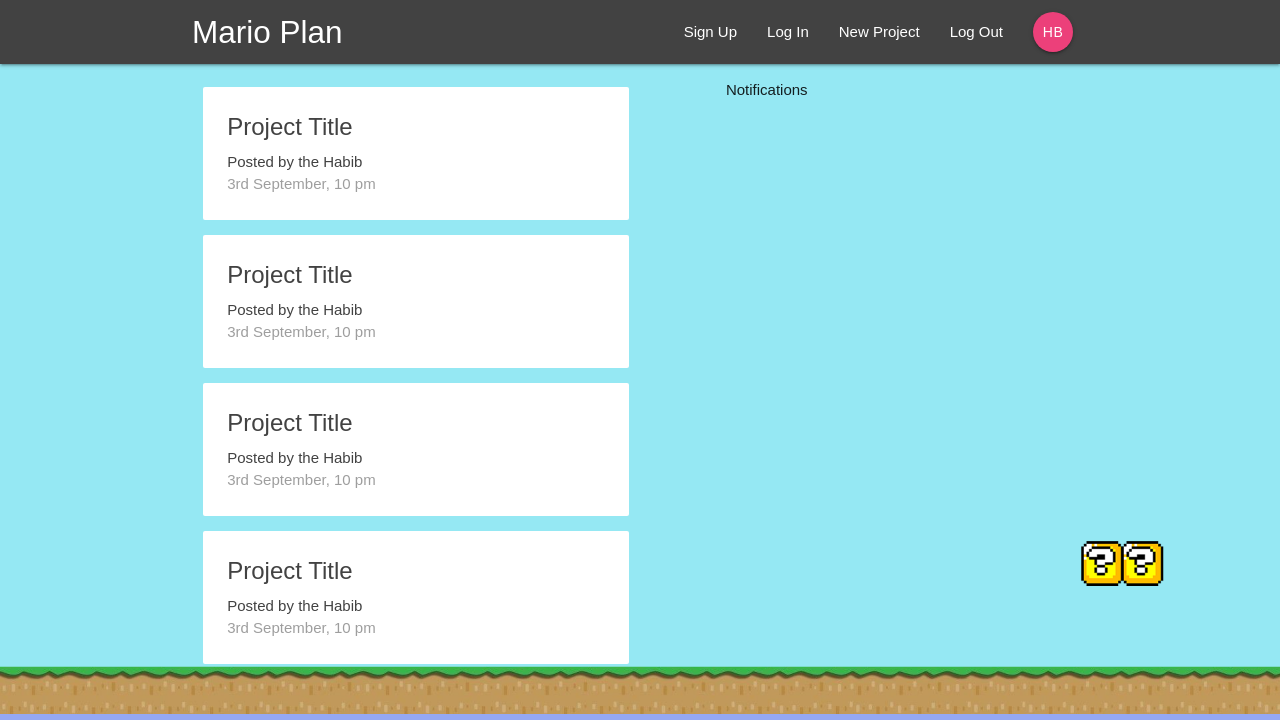
Repository: habiburrehman012/React-marioplan
Page: /
The author's editor kept a copy of each file at every save. The page is drawn from the files as they stood at one save, then again after the next save.
The browser window is 1280 px wide. The pictures show the whole page.
The project was rebuilt for these pictures with package versions that can differ from the ones it lists, and the page was loaded fresh each time. Also part of the build but not shown: src/components/projects/ProjectDetail.js, src/components/auth/SignIn.js, src/components/auth/SignUp.js, src/components/projects/CreateProject.js.

Above is the page before, as saved 2020-03-28 12:52:43.

After the next save:
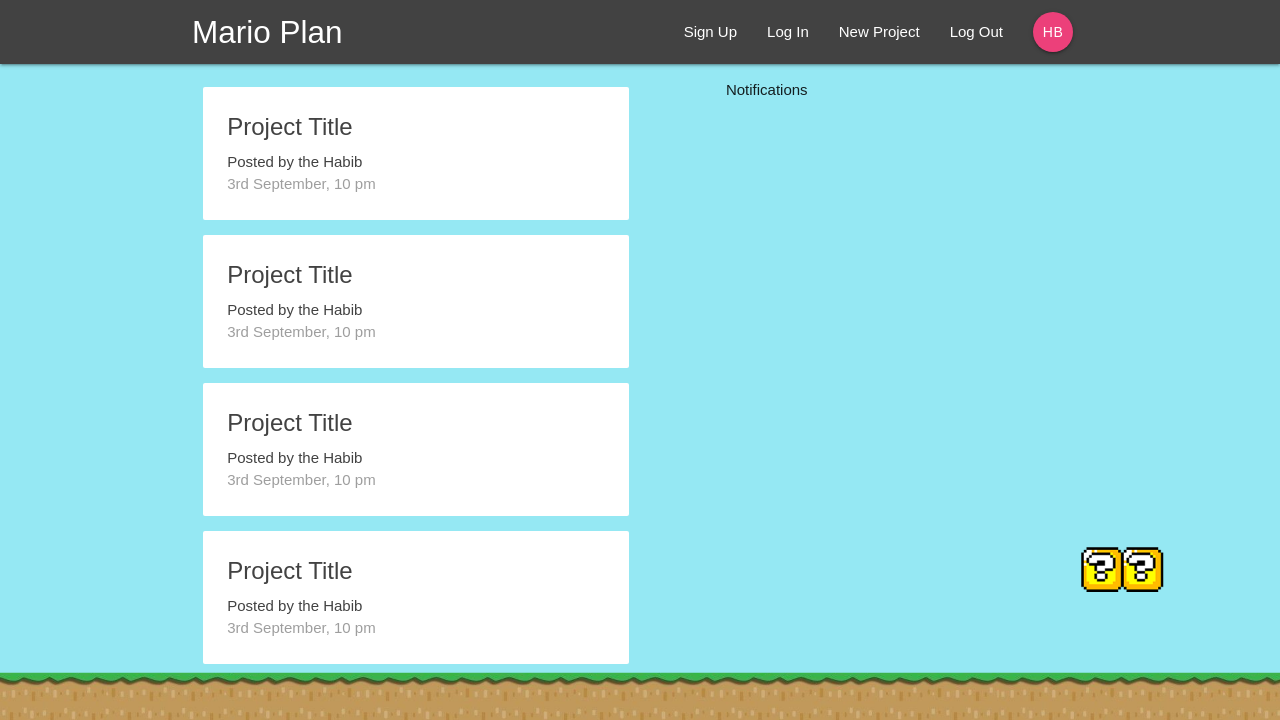
Saved 3 min 7 s later.
--- a/src/index.css
+++ b/src/index.css
@@ -1,3 +1,7 @@
+html{
+    min-height:100%;
+}
+
 body
 {
     margin:0;
@@ -7,4 +11,5 @@
     background-size: 100%;
     background-position: bottom;
     background-color: #95a8f3;
+    min-height:100%;
 }
